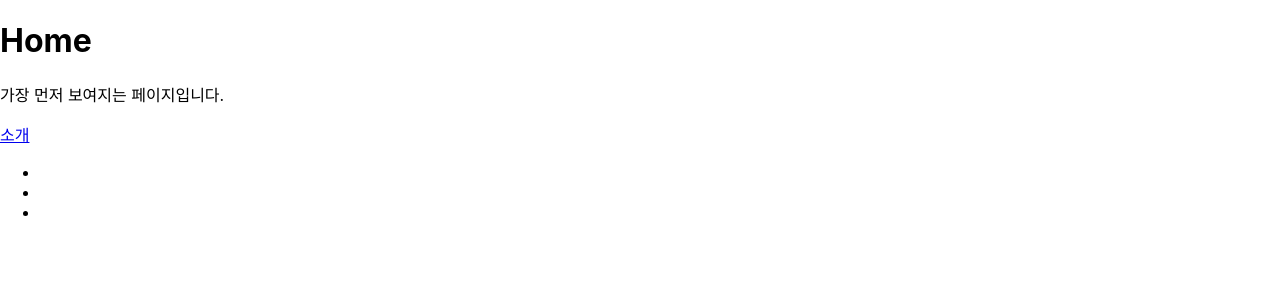
Repository: parkhyeonki/react-router_practice
Page: /
The author's editor kept a copy of each file at every save. The page is drawn from the files as they stood at one save, then again after the next save.
The browser window is 1280 px wide. The pictures show the whole page.
The project was rebuilt for these pictures with package versions that can differ from the ones it lists, and the page was loaded fresh each time. Also part of the build but not shown: src/App.css, src/pages/About.js, src/pages/Profile.js.

Above is the page before, as saved 2022-05-17 16:34:13.

After the next save:
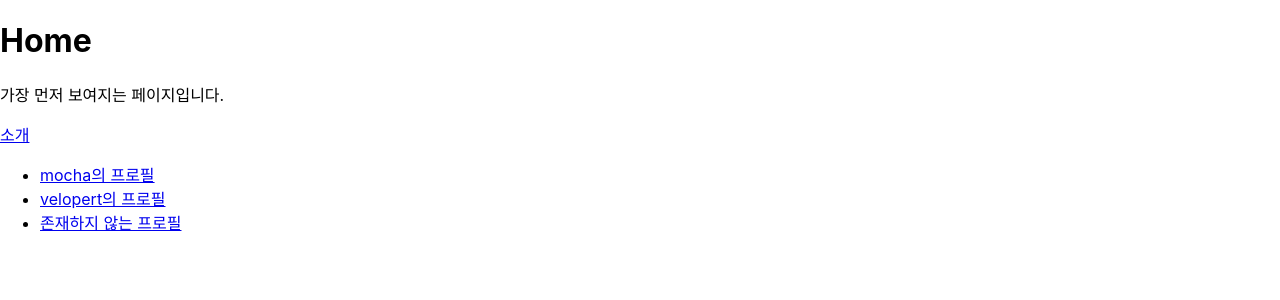
Saved 62 s later.
--- a/src/pages/Home.js
+++ b/src/pages/Home.js
@@ -8,13 +8,13 @@ const Home = () => {
       <Link to="/about">소개</Link>
       <ul>
         <li>
-          <Link to=""></Link>
+          <Link to="/profiles/:mocha">mocha의 프로필</Link>
         </li>
         <li>
-          <Link to=""></Link>
+          <Link to="/profiles/:velopert">velopert의 프로필</Link>
         </li>
         <li>
-          <Link to=""></Link>
+          <Link to="/profiles/void">존재하지 않는 프로필</Link>
         </li>
       </ul>
     </div>
